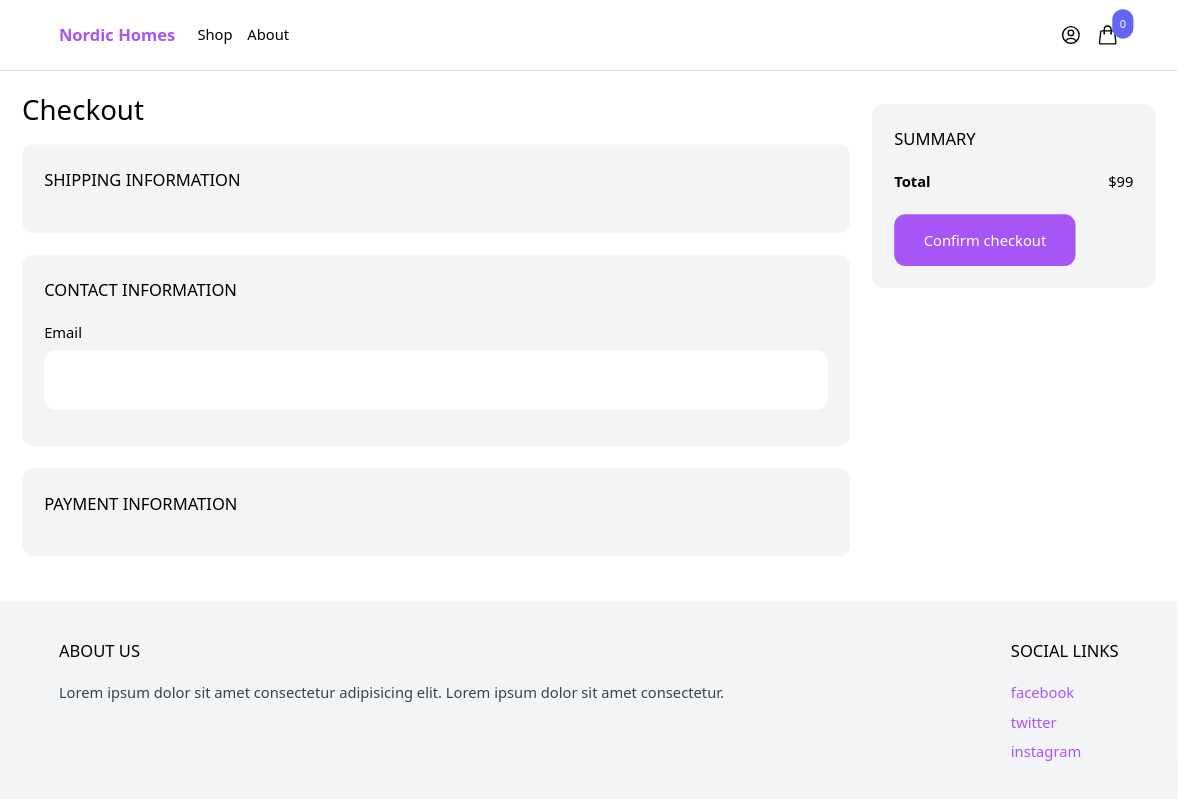
Repository: Calin224/NordicHomes
Page: cart/templates/cart/checkout.html
The author's editor kept a copy of each file at every save. The page is drawn from the files as they stood at one save, then again after the next save.
The browser window is 1280 px wide. The pictures show the whole page, at 92% of full size.
Some web libraries are served in a nearby version. The template is drawn by Django 4.2. The application's start-up code is not run. Other server files are loaded and not shown. The template is opened directly, without the code that normally fills it, so the values that code supplies are empty.

Above is the page before, as saved 2023-02-16 21:05:02.

### cart/templates/cart/checkout.html
{% extends 'core/base.html' %}

{% block content %}

<div class="max-2-6xl mx-auto flex flex-wrap items-start py-6 px-6 ">
    <div class="products w-full lg:w-3/4">
        <h1 class="mb-5 text-3xl">Checkout</h1>

        <div class="w-full pr-6">
            <div class="mb-6 p-6 bg-gray-100 rounded-xl">
                <h2 class="mb-5 uppercase text-lg">Shipping information</h2>
            </div>

            <div class="mb-6 p-6 bg-gray-100 rounded-xl">
                <h2 class="mb-5 uppercase text-lg">Contact information</h2>

                <div class="mb-4">
                    <label for="" class="inline-block mb-2">Email</label>
                    <input type="email" class="w-full p-5 rounded-xl">
                </div>
            </div>

            <div class="mb-6 p-6 bg-gray-100 rounded-xl">
                <h2 class="mb-5 uppercase text-lg">Payment information</h2>
            </div>
        </div>
    </div>

    <div class="summary w-full lg:w-1/4 p-6 bg-gray-100 rounded-xl mt-3">
        <h2 class="uppercase text-lg mb-5">Summary</h2>

        <div class="mb-6 flex justify-between">
            <span class="font-semibold">Total</span>
            <span>$99</span>
        </div>

        <a href="#" class="inline-block px-8 py-4 rounded-xl bg-purple-500 hover:bg-purple-700 text-white">Confirm checkout</a>
    </div>
</div>

{% endblock %}

### core/templates/core/base.html
<!DOCTYPE html>
<html lang="en">

<head>
    <meta charset="UTF-8">
    <meta name="viewport" content="width=device-width, initial-scale=1.0">
    <script src="https://cdn.tailwindcss.com"></script>
</head>

<body>
    <nav class="border-b border-gray-300">
        <div class="max-w-6xl mx-auto py-2 px-6 xl:px-0 flex items-center justify-between">
            <div class="menu-left flex items-center space-x-6">
                <a href="{% url 'frontpage' %}" class="py-4 text-lg text-purple-500 font-semibold">Nordic Homes</a>

                <ul class="flex items-center space-x-4">
                    <li><a href="{% url 'shop' %}">Shop</a></li>
                    <li><a href="#">About</a></li>


                    {% if request.user.is_authenticated %}
                        <li><a href="{% url 'logout' %}" class="px-4 py-2 bg-purple-500 hover:bg-purple-700 text-white rounded-lg">Logout</a></li>
                    {% endif %}

                </ul>
            </div>

            <div class="menu-right flex items-center space-x-4">
                <a href="#">
                    <svg xmlns="http://www.w3.org/2000/svg" fill="none" viewBox="0 0 24 24" stroke-width="1.5"
                        stroke="currentColor" class="w-6 h-6">
                        <path stroke-linecap="round" stroke-linejoin="round"
                            d="M17.982 18.725A7.488 7.488 0 0012 15.75a7.488 7.488 0 00-5.982 2.975m11.963 0a9 9 0 10-11.963 0m11.963 0A8.966 8.966 0 0112 21a8.966 8.966 0 01-5.982-2.275M15 9.75a3 3 0 11-6 0 3 3 0 016 0z" />
                    </svg>

                </a>

                {% include 'cart/menu_cart.html' %}
            </div>
        </div>
    </nav>

    <main>
        {% block content %}{% endblock content %}
    </main>

    <footer class="bg-gray-100">
        <div class="max-w-6xl mx-auto py-10 px-6 xl:px-0 md:flex justify-between">
            <div class="footer-left mb-12 md:mb-0">
                <h2 class="mb-5 uppercase text-lg">about us</h2>
                <p class="text-gray-700">Lorem ipsum dolor sit amet consectetur adipisicing elit. Lorem ipsum dolor sit
                    amet consectetur.</p>
            </div>

            <div class="footer-right">
                <h2 class="mb-5 uppercase text-lg">social links</h2>
                <ul class="space-y-2">
                    <li><a href="#" class="text-purple-500 hover:text-purple-800">facebook</a></li>
                    <li><a href="#" class="text-purple-500 hover:text-purple-800">twitter</a></li>
                    <li><a href="#" class="text-purple-500 hover:text-purple-800">instagram</a></li>
                </ul>
            </div>
        </div>
    </footer>

    <script src="https://unpkg.com/htmx.org@1.8.5"></script>
</body>

</html>

### cart/templates/cart/menu_cart.html
<a href="#" id="menu-cart-button" class="relative">
    <svg xmlns="http://www.w3.org/2000/svg" fill="none" viewBox="0 0 24 24" stroke-width="1.5"
        stroke="currentColor" class="w-6 h-6">
        <path stroke-linecap="round" stroke-linejoin="round"
            d="M15.75 10.5V6a3.75 3.75 0 10-7.5 0v4.5m11.356-1.993l1.263 12c.07.665-.45 1.243-1.119 1.243H4.25a1.125 1.125 0 01-1.12-1.243l1.264-12A1.125 1.125 0 015.513 7.5h12.974c.576 0 1.059.435 1.119 1.007zM8.625 10.5a.375.375 0 11-.75 0 .375.375 0 01.75 0zm7.5 0a.375.375 0 11-.75 0 .375.375 0 01.75 0z" />
    </svg>
    <span class="p-2 absolute -top-4 -right-4 bg-indigo-500 text-white text-xs rounded-full">{{cart|length}}</span>
</a>

After the next save:
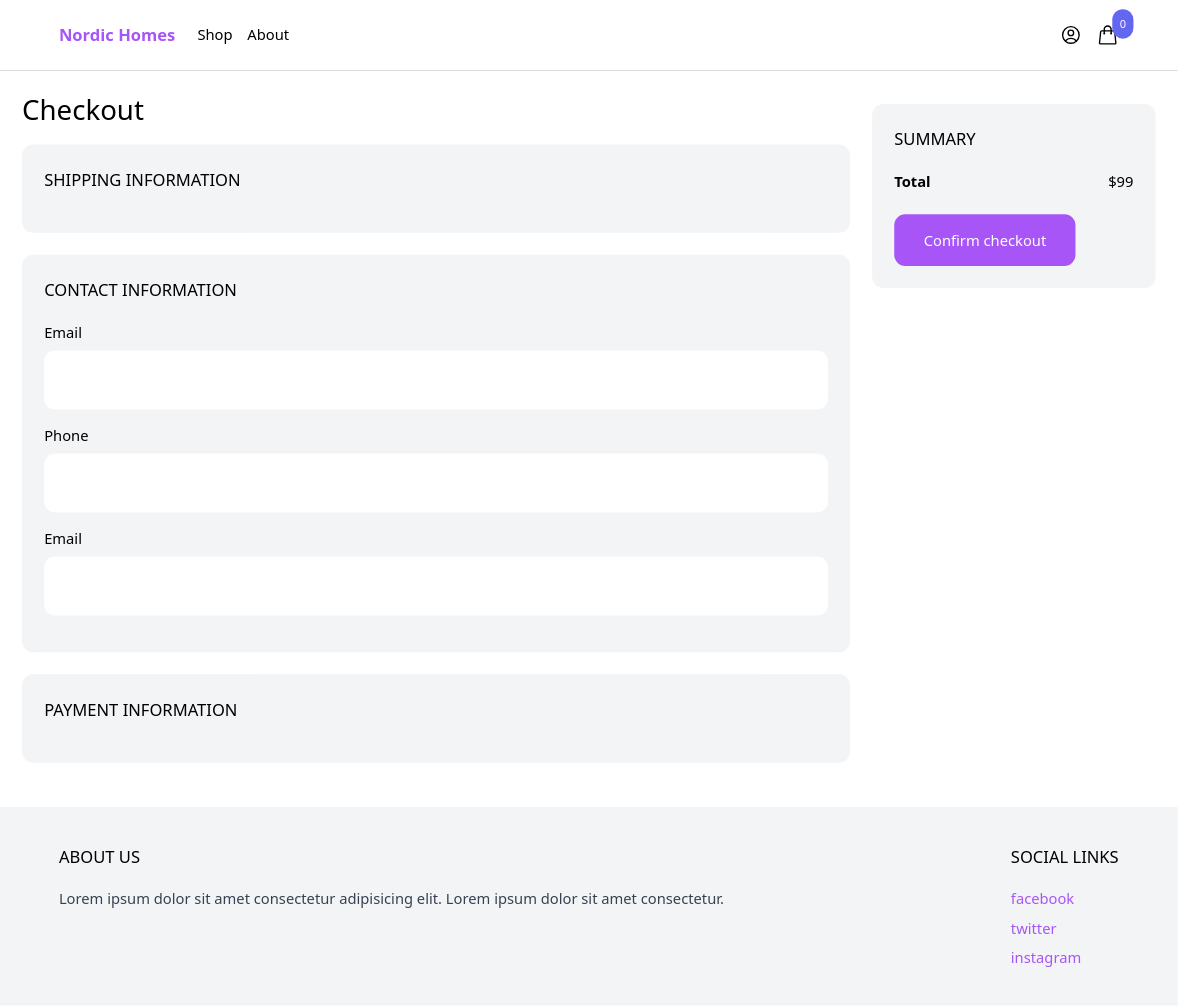
Saved 15 s later.
--- a/cart/templates/cart/checkout.html
+++ b/cart/templates/cart/checkout.html
@@ -13,6 +13,16 @@
 
             <div class="mb-6 p-6 bg-gray-100 rounded-xl">
                 <h2 class="mb-5 uppercase text-lg">Contact information</h2>
+
+                <div class="mb-4">
+                    <label for="" class="inline-block mb-2">Email</label>
+                    <input type="email" class="w-full p-5 rounded-xl">
+                </div>
+
+                <div class="mb-4">
+                    <label for="" class="inline-block mb-2">Phone</label>
+                    <input type="phone" class="w-full p-5 rounded-xl">
+                </div>
 
                 <div class="mb-4">
                     <label for="" class="inline-block mb-2">Email</label>
